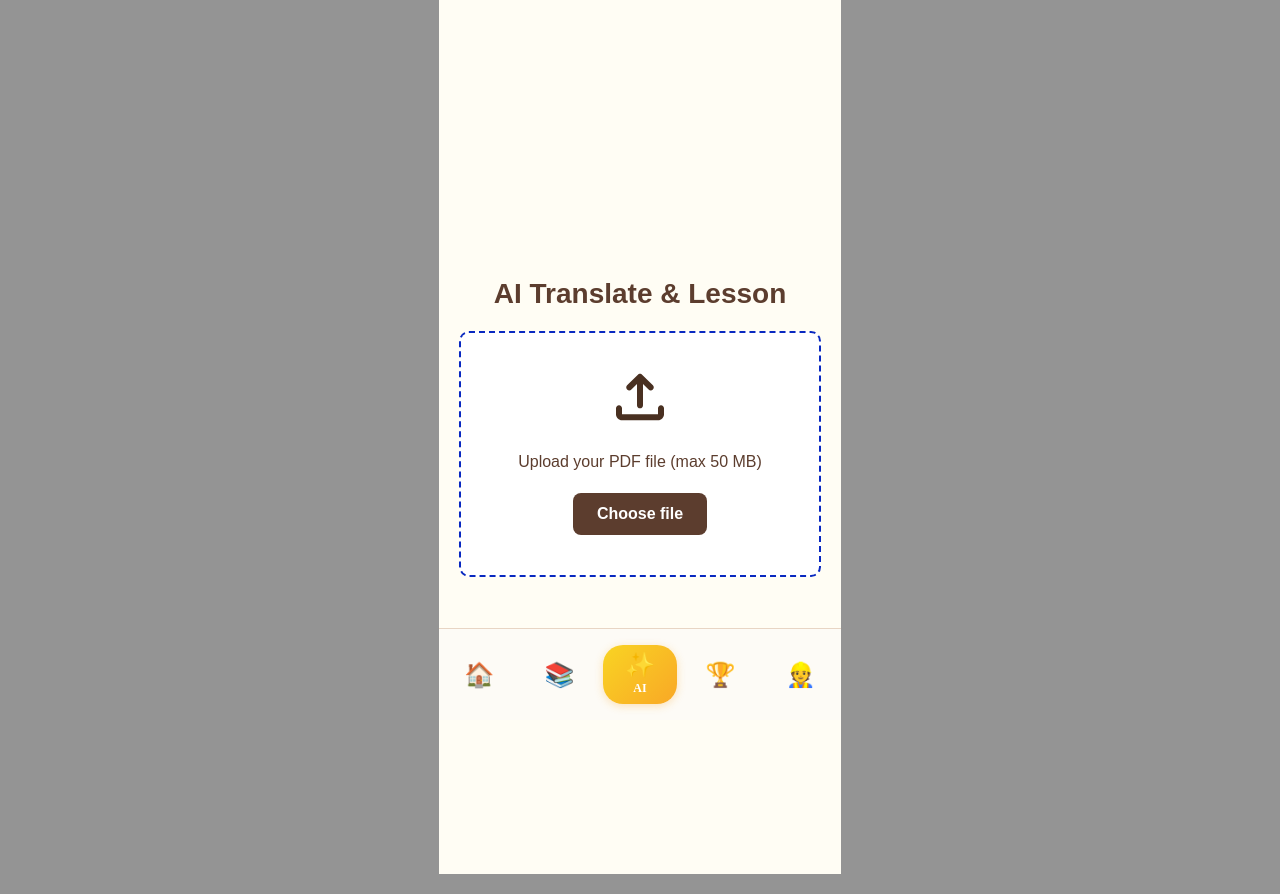
Repository: richelletiongson/Jargon_FrontendShowcase
Page: / (app in jargon_frontend/)
These files come from the project's save history. The page is drawn as it stood at one moment and after the next save; the edit follows.
The browser window is 1280 px wide. The pictures show the whole page.
The project was rebuilt for these pictures with package versions that can differ from the ones it lists, and the page was loaded fresh each time. Also part of the build but not shown: jargon_frontend/vite.config.js, jargon_frontend/src/index.css, jargon_frontend/src/home_pages/Home.jsx, jargon_frontend/src/course_pages/Course.jsx, jargon_frontend/src/charts_pages/Charts.jsx, jargon_frontend/src/profile_pages/Profile.jsx.

Above is the page before, as saved 2025-10-22 15:23:11.

After the next save:
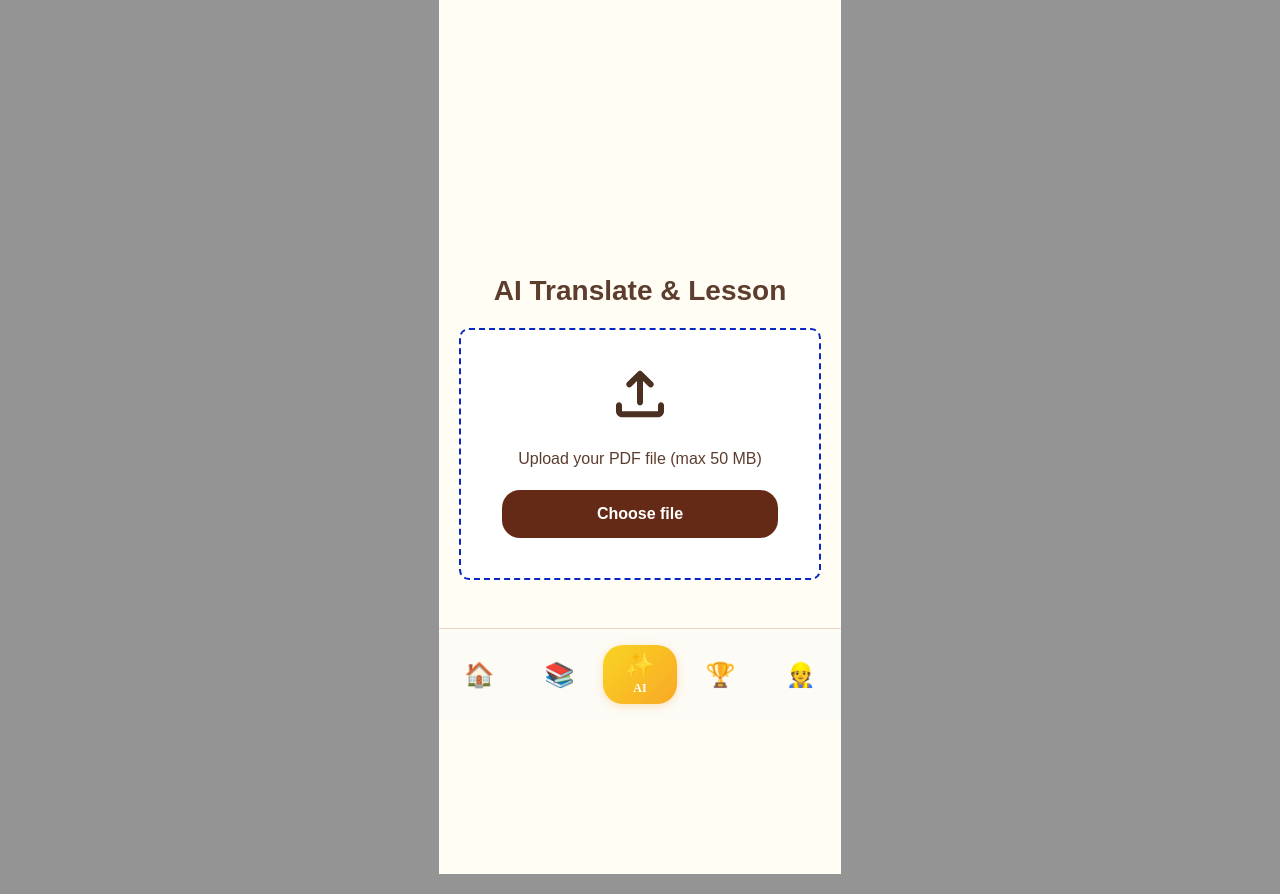
Saved 20 s later.
--- a/jargon_frontend/src/ai_pages/AI.css
+++ b/jargon_frontend/src/ai_pages/AI.css
@@ -51,7 +51,7 @@
 .upload-icon {
   width: 48px;
   height: 48px;
-  color: #5C3D2E;
+  color: #6F2E17;
   margin-bottom: 10px;
 }
 
@@ -63,18 +63,17 @@
 }
 
 .choose-file-btn {
-  background-color: #5C3D2E;
+  background-color: #652A15;
   color: white;
-  border-radius: 8px;
+  border-radius: 18px;
   border: none;
   font-size: 16px;
   font-weight: 600;
   display: flex;
   justify-content: center;
   align-items: center;
-  padding: 12px 24px;
-  cursor: pointer;
-  transition: background-color 0.3s ease;
+  width: 276px;
+  height: 48px;
 }
 
 .selected-file {
